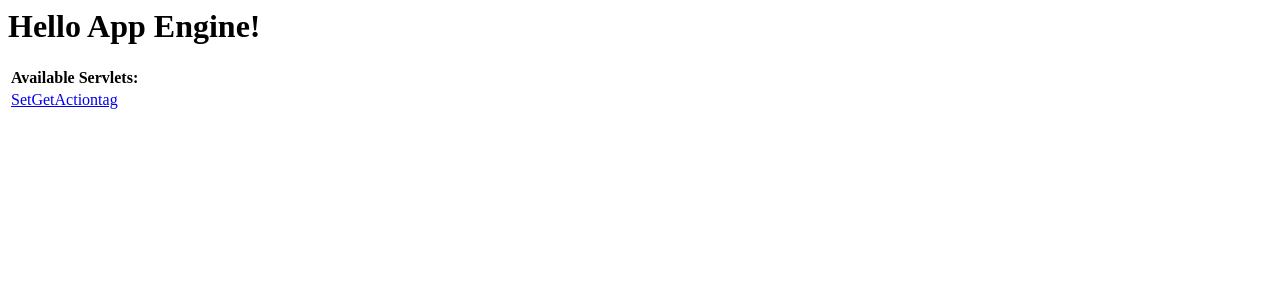
Repository: Mohan15/studentsession
Page: SetGetActiontag/war/indexsg.html
These files come from the project's save history. The page is drawn as it stood at one moment and after the next save; the edit follows.
The browser window is 1280 px wide. The pictures show the whole page.

Above is the page before, as saved 2017-05-22 11:11:33.

After the next save:
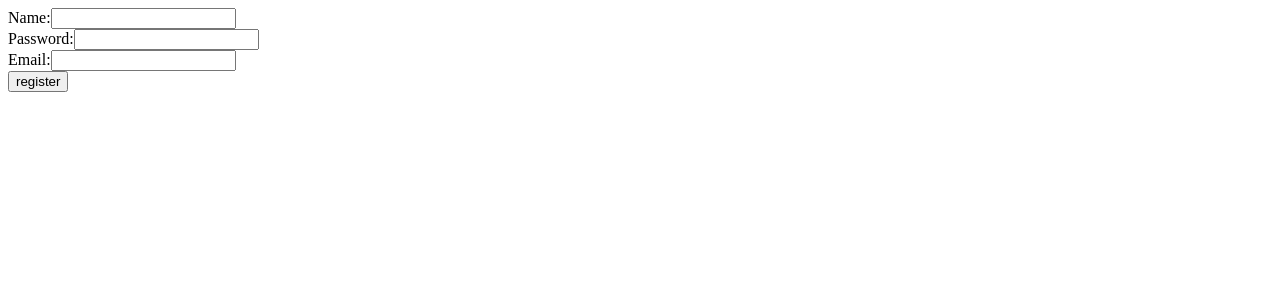
Saved 88 s later.
--- a/SetGetActiontag/war/indexsg.html
+++ b/SetGetActiontag/war/indexsg.html
@@ -6,22 +6,9 @@
 <!-- with a "Standards Mode" doctype is supported, -->
 <!-- but may lead to some differences in layout.   -->
 
-<html>
-  <head>
-    <meta http-equiv="content-type" content="text/html; charset=UTF-8">
-    <title>Hello App Engine</title>
-  </head>
-
-  <body>
-    <h1>Hello App Engine!</h1>
-
-    <table>
-      <tr>
-        <td colspan="2" style="font-weight:bold;">Available Servlets:</td>
-      </tr>
-      <tr>
-        <td><a href="setgetactiontag">SetGetActiontag</a></td>
-      </tr>
-    </table>
-  </body>
-</html>
+<form action="process.jsp" method="post">
+Name:<input type="text" name="name"><br>
+Password:<input type="password" name="password"><br>
+Email:<input type="text" name="email"><br>
+<input type="submit" value="register">
+</form>
